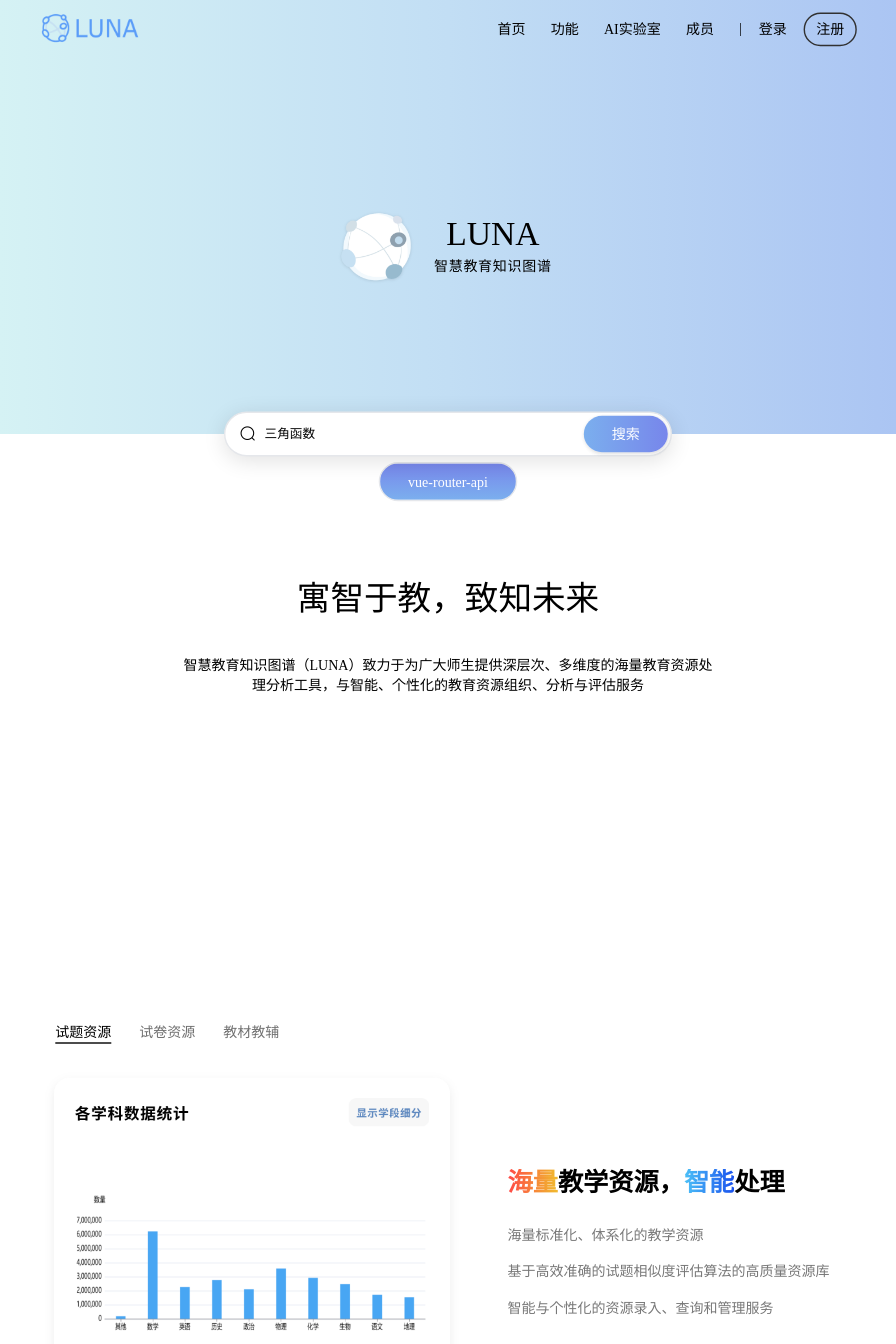
Repository: xydzy1/vue-start
Page: /
The author's editor kept a copy of each file at every save. The page is drawn from the files as they stood at one save, then again after the next save.
The browser window is 1280 px wide. The pictures show the part of the page from y = 0 to 1920 px (the page is 4352 px tall), at 70% of full size.
The project was rebuilt for these pictures with package versions that can differ from the ones it lists, and the page was loaded fresh each time. Also part of the build but not shown: vite.config.js, vue.config.cjs, src/assets/part1.css.

Above is the page before, as saved 2023-08-11 18:50:32.

After the next save:
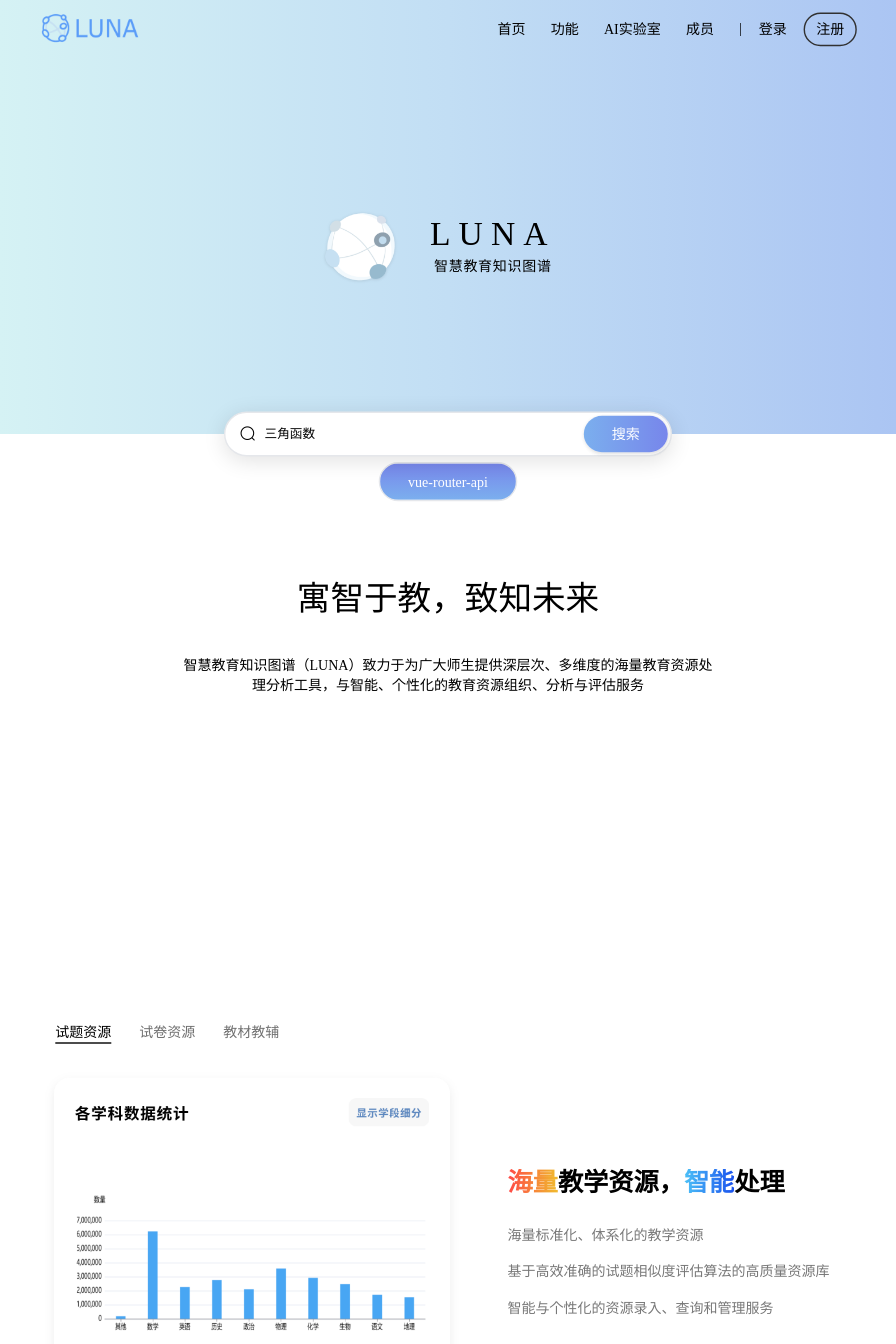
Saved 21 s later.
--- a/src/components/all_part/part1.vue
+++ b/src/components/all_part/part1.vue
@@ -23,7 +23,7 @@
 					<img src="../../image/logo2.png" class="w-32 h-32">
 				</span>
 				<span class="mx-3 pt-5">
-					<h1 class="text-5xl font-medium px-5">LUNA</h1>
+					<h1 class="text-5xl font-medium px-5 tracking-widest">LUNA</h1>
 					<h2 class="text-xl font-normal text-center max-w-760 mt-2 tracking-wider">智慧教育知识图谱</h2>
 				</span>
 			</div>
